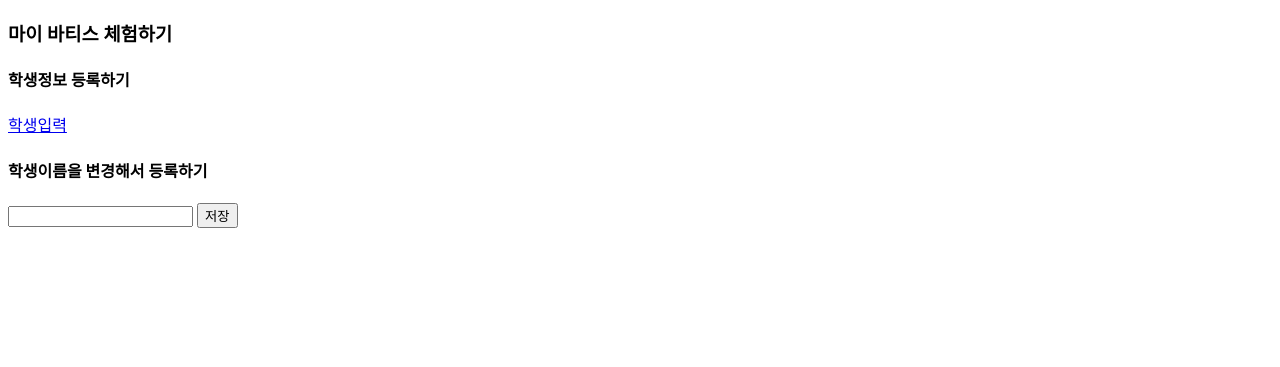
Repository: Jiwon-cho/Mybatis_Practice
Page: http://localhost/01_mybatis/
An editor plug-in stored every save of this project. The page is shown before and after the next save, followed by the edit.
The browser window is 1280 px wide. The pictures show the whole page.
The page is served by Tomcat 9. Other server files are loaded and not shown.

Above is the page before, as saved 2021-06-23 08:52:43.

### 01_mybatis/web/index.jsp
<%@ page language="java" contentType="text/html; charset=UTF-8"
    pageEncoding="UTF-8"%>
<%@ taglib prefix="c" uri="http://java.sun.com/jsp/jstl/core" %>
<%@ taglib prefix="fmt" uri="http://java.sun.com/jsp/jstl/fmt" %>
<%@ taglib prefix="fn" uri="http://java.sun.com/jsp/jstl/functions" %>
<c:set var="path" value="${pageContext.request.contextPath }"/>
<!DOCTYPE html>
<html>
<head>
<meta charset="UTF-8">
<title>마이바티스 사용하기</title>
</head>
<body>
	<h3>마이 바티스 체험하기</h3>
	<h4>학생정보 등록하기</h4>
	<a href="${path }/insertStudent">학생입력</a>
	<h4>학생이름을 변경해서 등록하기</h4>
	<form action="${path }/insertStudentName" method="post">
	<input type="text" name="name">
	<input type="submit" value="저장">
	</form>
</body>
</html>

After the next save:
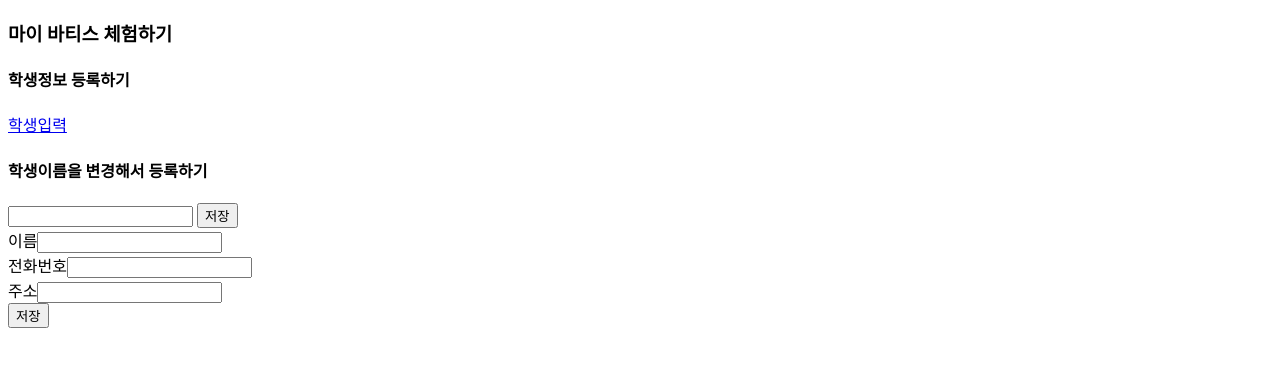
Saved 6 min 3 s later.
--- a/01_mybatis/web/index.jsp
+++ b/01_mybatis/web/index.jsp
@@ -19,5 +19,11 @@
 	<input type="text" name="name">
 	<input type="submit" value="저장">
 	</form>
+	<form action="${path }/insertStudentData" method="post">
+	이름<input type="text" name="name"><br>
+	전화번호<input type="text" name="phone"><br>
+	주소<input type="text" name="address"><br>
+	<input type="submit" value="저장">
+	</form>
 </body>
 </html>
